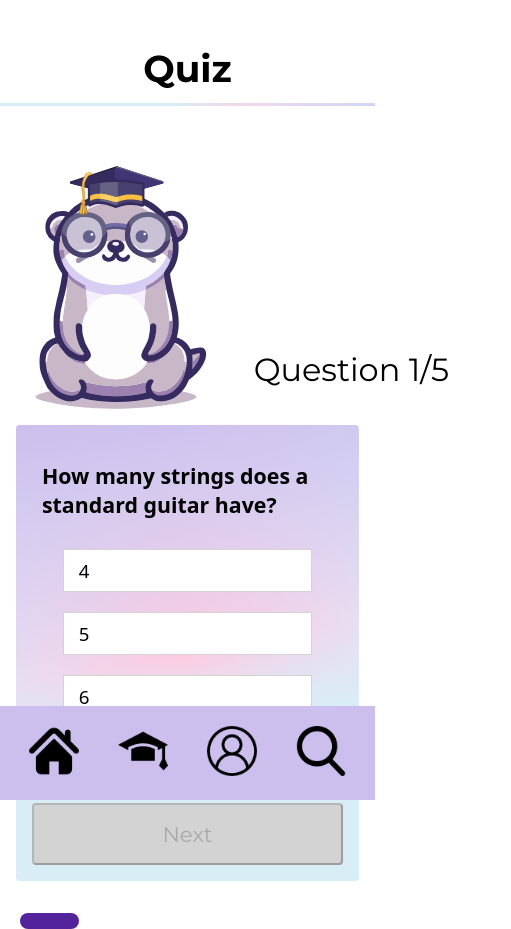
Repository: 1medi/pocketprof
Page: /quiz/page
The author's editor kept a copy of each file at every save. The page is drawn from the files as they stood at one save, then again after the next save.
The browser window is 375 px wide. The page is 511 px wide, so the pictures cover 511 px, including what lies to the right of the window. The pictures show the whole page.
The project was rebuilt for these pictures with package versions that can differ from the ones it lists, and the page was loaded fresh each time. The framework's server and built-in components were replaced by stand-ins that run in the browser. Also part of the build but not shown: next.config.mjs, Components/Buttons/Oscar/Oscar.module.css, Components/Buttons/Oscar/index.js.

Above is the page before, as saved 2024-04-14 06:42:00.

After the next save:
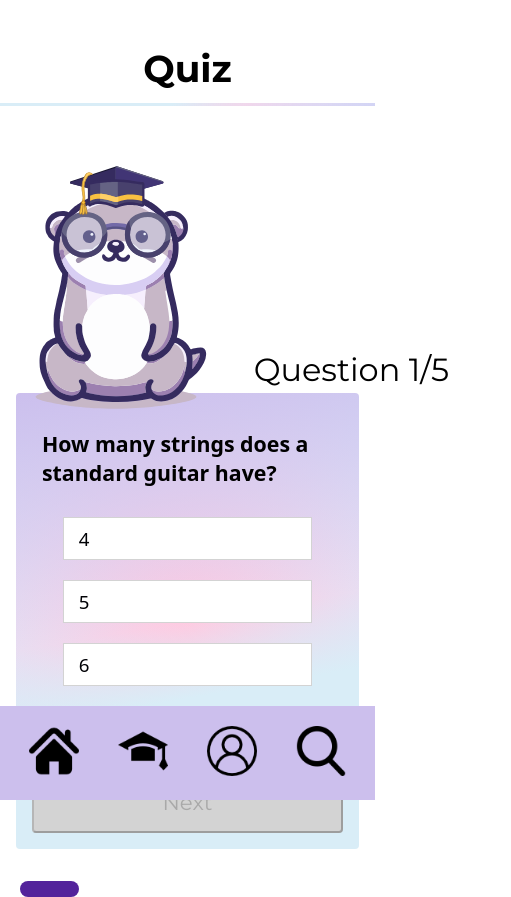
Saved 6 s later.
--- a/pages/quiz/page.module.css
+++ b/pages/quiz/page.module.css
@@ -147,7 +147,7 @@
   width: 70%;
   height: auto;
   margin-top:3rem;
-  padding-bottom: -2rem;
+  margin-bottom: -2rem;
 }
 
 .progressBar{
